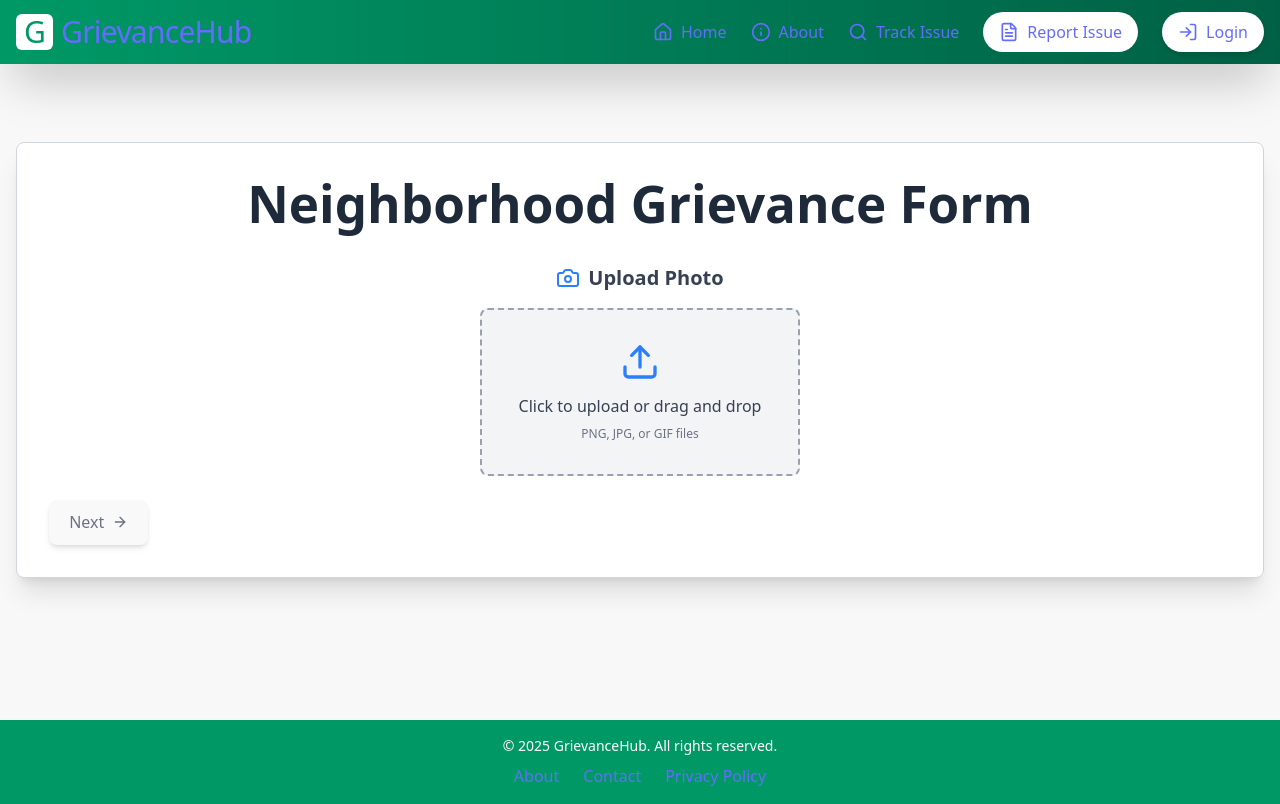
Repository: Aishi4/Grievance-Hub
Page: /report (app in my-vite-Griv/)
An editor plug-in stored every save of this project. The page is shown before and after the next save, followed by the edit.
The browser window is 1280 px wide. The pictures show the whole page.
The project was rebuilt for these pictures with package versions that can differ from the ones it lists, and the page was loaded fresh each time. Also part of the build but not shown: my-vite-Griv/vite.config.js, my-vite-Griv/src/Home.jsx, my-vite-Griv/src/ReportSubmit.jsx, my-vite-Griv/src/Report.jsx, my-vite-Griv/src/App.jsx, my-vite-Griv/src/About.jsx, my-vite-Griv/src/TrackIssue.jsx.

Above is the page before, as saved 2025-03-29 15:42:51.

After the next save:
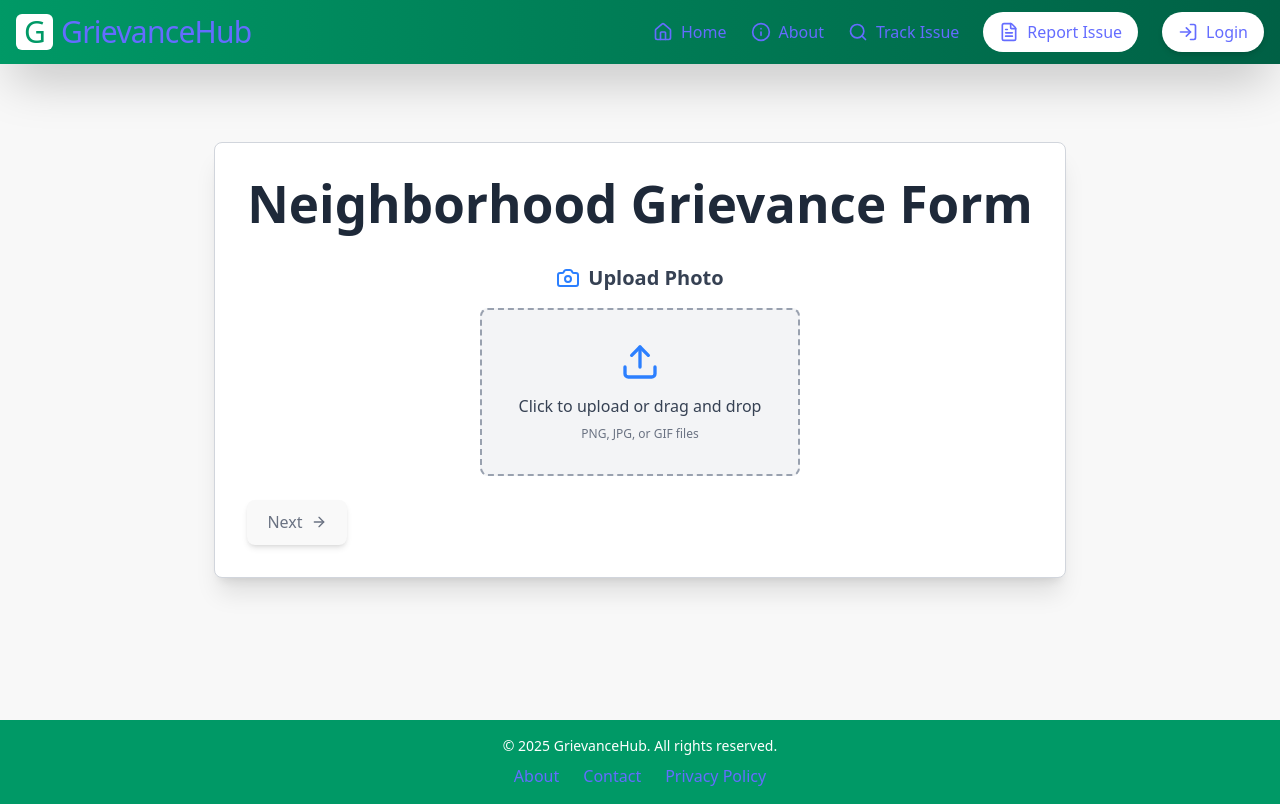
Saved 36 s later.
--- a/my-vite-Griv/src/UploadPhoto.jsx
+++ b/my-vite-Griv/src/UploadPhoto.jsx
@@ -35,7 +35,7 @@ export default function UploadPhoto() {
 
   return (
     <div className="min-h-screen min-w-screen flex items-center justify-center bg-[#f8f8f8] p-4">
-      <div className=" w-full bg-white p-8 rounded-lg shadow-xl border border-gray-300 text-center">
+      <div className="  bg-white p-8 rounded-lg shadow-xl border border-gray-300 text-center">
         <h1 className="text-3xl font-bold text-gray-800 mb-8">Neighborhood Grievance Form</h1>
 
         {currentStep === 1 && (
